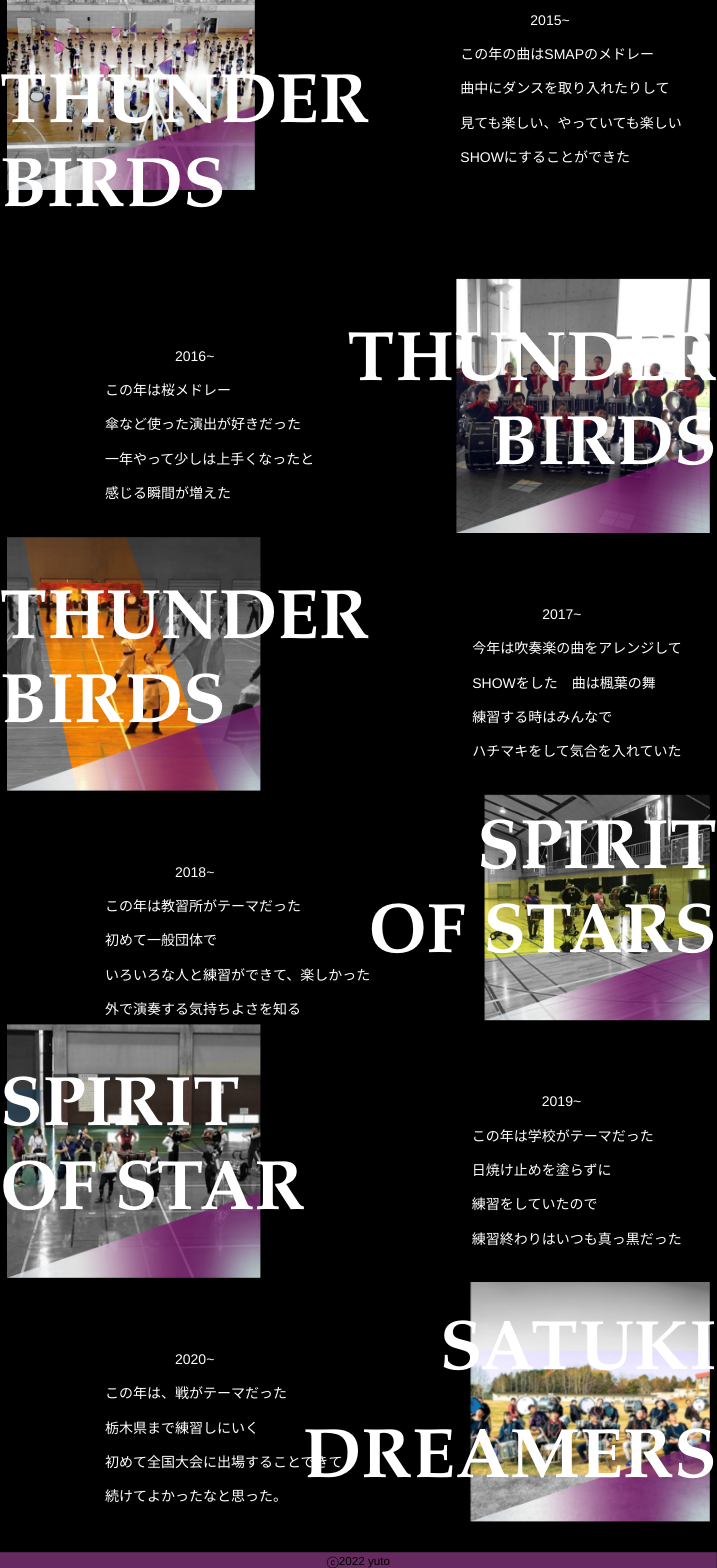
Repository: yutosoma/profile
Page: yuto/marching.html
The author's editor kept a record of every edit. The page is drawn from the files as they stood at one moment, then again after the next edit.
The browser window is 1024 px wide. The pictures show the part of the page from y = 819 to 3059 px (the page is 3059 px tall), at 70% of full size.

Above is the page before.

After the next edit:
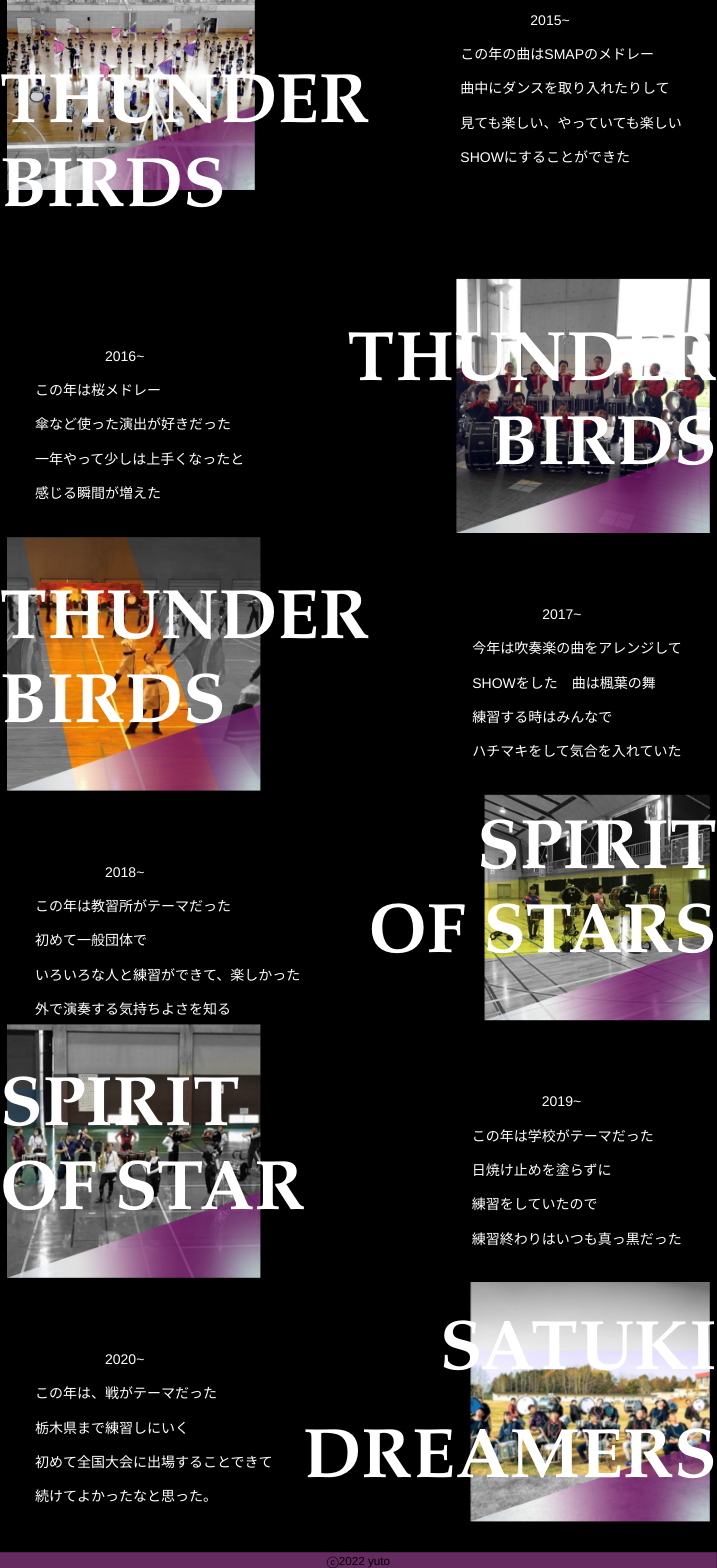
The edit:
--- a/yuto/marching.css
+++ b/yuto/marching.css
@@ -122,5 +122,15 @@
     white-space: nowrap;
 
 }
+.explanation-right {
+    color: white;
+    position: relative;
+    left:50px;
+    top:100px;
+    margin-bottom: 100px;
+    font-size: 20px;
+    white-space: nowrap;
+    text-align: left;
+}
 
 }
